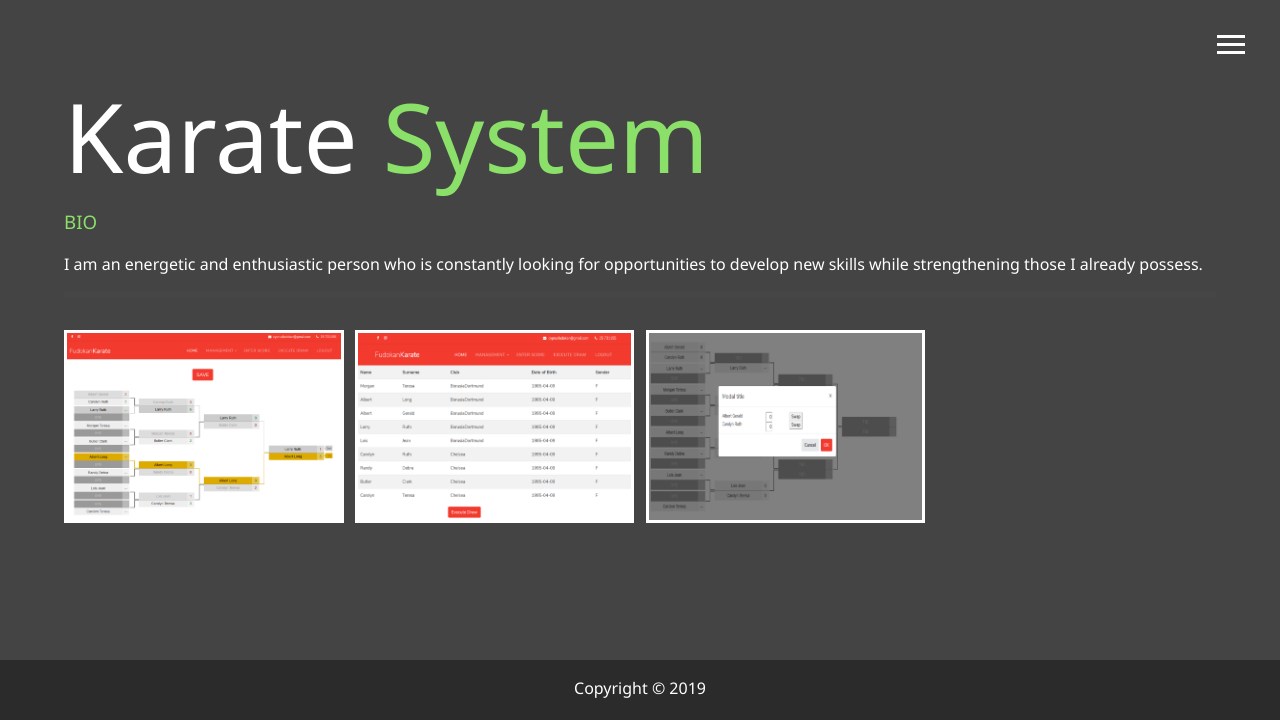
Repository: Preap/portfolio
Page: dist/projects/karate.html
The author's editor kept a copy of each file at every save. The page is drawn from the files as they stood at one save, then again after the next save.
The browser window is 1280 px wide. The pictures show the whole page.
Some web libraries are served in a nearby version.

Above is the page before, as saved 2019-06-06 00:50:53.

After the next save:
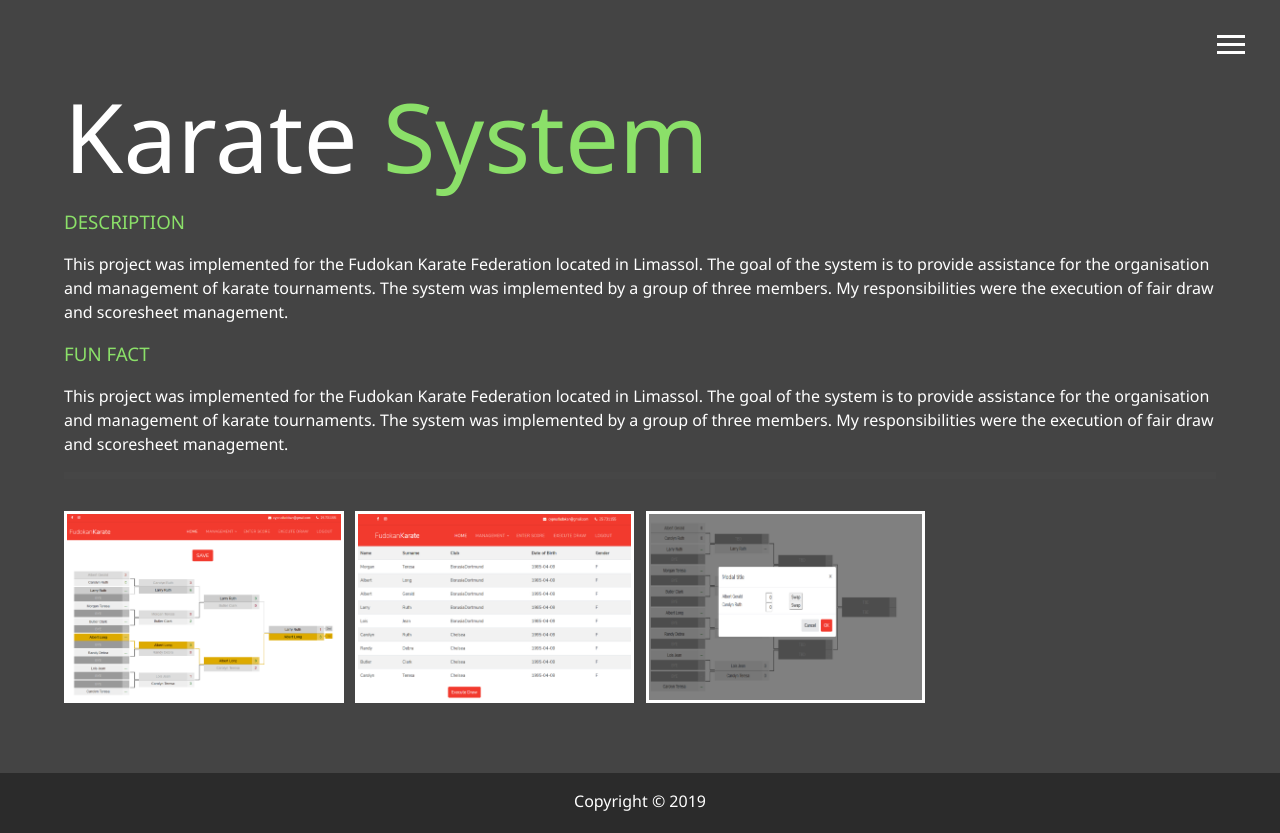
Saved 7 min 3 s later.
--- a/dist/projects/karate.html
+++ b/dist/projects/karate.html
@@ -47,11 +47,19 @@
       </h1>
 
       <div class="project-description">
-        <h3 class="text-secondary">BIO</h3>
+        <h3 class="text-secondary">DESCRIPTION</h3>
         <p>
-          I am an energetic and enthusiastic person who is constantly looking
-          for opportunities to develop new skills while strengthening those I
-          already possess.
+          This project was implemented for the Fudokan Karate Federation located in Limassol.
+          The goal of the system is to provide assistance for the organisation and management of karate tournaments.
+          The system was implemented by a group of three members. My responsibilities were the execution of fair draw
+          and scoresheet management.
+        </p>
+        <h3 class="text-secondary">FUN FACT</h3>
+        <p>
+          This project was implemented for the Fudokan Karate Federation located in Limassol.
+          The goal of the system is to provide assistance for the organisation and management of karate tournaments.
+          The system was implemented by a group of three members. My responsibilities were the execution of fair draw
+          and scoresheet management.
         </p>
       </div>
       <h2 class="sm-heading"></h2>
